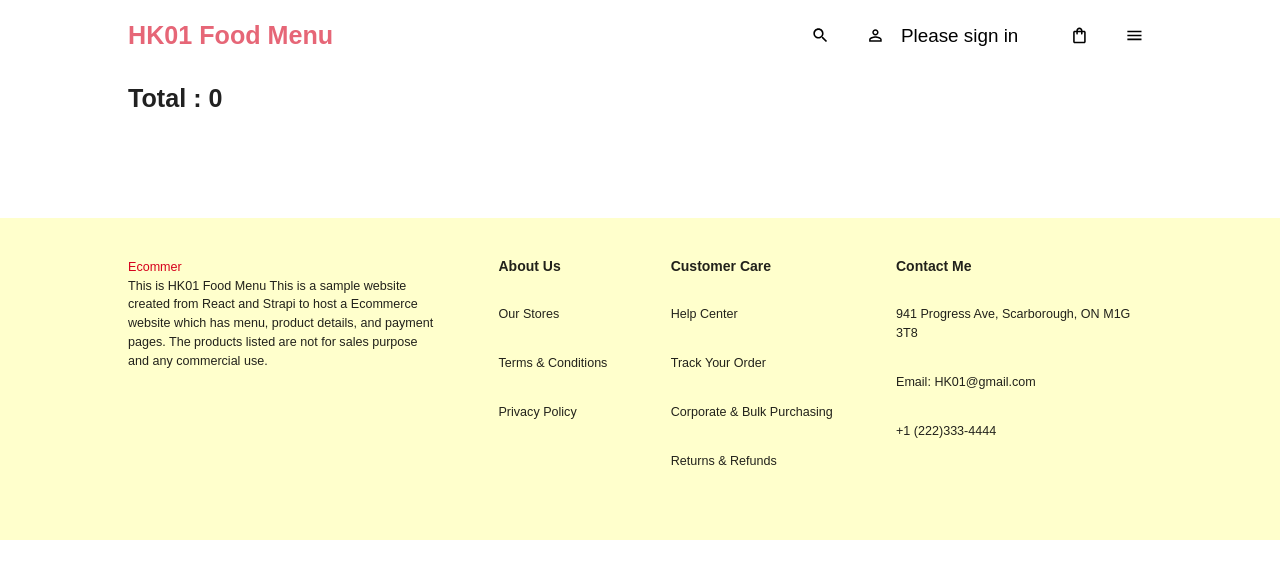
Repository: victorleung93/comp231-002-Team-1-_HK01_FoodMenu
Page: /order (app in client/)
The author's editor kept a copy of each file at every save. The page is drawn from the files as they stood at one save, then again after the next save.
The browser window is 1280 px wide. The pictures show the whole page.
Some web fonts or font styles are not loaded; a fallback is used. The project was rebuilt for these pictures with package versions that can differ from the ones it lists, and the page was loaded fresh each time. Also part of the build but not shown: client/src/scenes/home/MainCarousel.jsx, client/src/components/itemList.jsx, client/src/scenes/home/ShoppingList.jsx, client/src/scenes/home/Subscribe.jsx, client/src/scenes/home/Home.jsx, client/src/scenes/about/About.jsx, client/src/scenes/menu/Menu.jsx, client/src/scenes/itemdetail/ItemDetails.jsx and 2 more.

Above is the page before, as saved 2023-04-08 01:46:20.

### client/public/index.html
<!DOCTYPE html>
<html lang="en">
  <head>
    <meta charset="utf-8" />
    <link rel="icon" href="%PUBLIC_URL%/favicon.ico" />
    <meta name="viewport" content="width=device-width, initial-scale=1" />
    <meta name="theme-color" content="#000000" />
    <meta
      name="description"
      content="Web site created using create-react-app"
    />
    <link rel="apple-touch-icon" href="%PUBLIC_URL%/logo192.png" />
    <!--
      manifest.json provides metadata used when your web app is installed on a
      user's mobile device or desktop. See https://developers.google.com/web/fundamentals/web-app-manifest/
    -->
    <link rel="manifest" href="%PUBLIC_URL%/manifest.json" />
    <!--
      Notice the use of %PUBLIC_URL% in the tags above.
      It will be replaced with the URL of the `public` folder during the build.
      Only files inside the `public` folder can be referenced from the HTML.

      Unlike "/favicon.ico" or "favicon.ico", "%PUBLIC_URL%/favicon.ico" will
      work correctly both with client-side routing and a non-root public URL.
      Learn how to configure a non-root public URL by running `npm run build`.
    -->
    <title>HK01</title>
  </head>
  <body>
    <noscript>You need to enable JavaScript to run this app.</noscript>
    <div id="root"></div>
    <!--
      This HTML file is a template.
      If you open it directly in the browser, you will see an empty page.

      You can add webfonts, meta tags, or analytics to this file.
      The build step will place the bundled scripts into the <body> tag.

      To begin the development, run `npm start` or `yarn start`.
      To create a production bundle, use `npm run build` or `yarn build`.
    -->
  </body>
</html>

### client/src/index.js
import React from 'react';
import ReactDOM from 'react-dom/client';
import './index.css';
import App from './App';
import { ThemeProvider } from '@mui/material/styles';
import { CssBaseline } from '@mui/material';
import { theme } from './theme';
import { Provider } from 'react-redux';
import { configureStore } from '@reduxjs/toolkit';
import cartReducer from "./state";

const store = configureStore({
  reducer: {cart: cartReducer},
})

const root = ReactDOM.createRoot(document.getElementById('root'));
root.render(
  <React.StrictMode>
    <Provider store={store}>
      <ThemeProvider theme={theme}>
        <CssBaseline/>
        <App />
      </ThemeProvider>
    </Provider>
  </React.StrictMode>
);

### client/src/index.css
@import url('https://fonts.googleapis.com/css2?family=Fauna+One&display=swap');

*{
  box-sizing: border-box;
}

body {
  margin: 0;
  padding:0;
}

.App{
  margin: auto;
}
img{
  object-fit: cover  ;
  border-radius: 10px;
  position:static;
}

### client/src/scenes/global/Navbar.jsx

import { useDispatch, useSelector } from 'react-redux';
import { Badge, Box, IconButton} from '@mui/material';
import { PersonOutline, ShoppingBagOutlined, MenuOutlined, SearchOutlined } from '@mui/icons-material';
import { useNavigate,Link } from 'react-router-dom';
import { shades } from "../../theme";
import { setIsCartOpen } from '../../state';

/* Trial 1   */
import React, { useState } from 'react';
import * as FaIcons from 'react-icons/fa';
import * as AiIcons from 'react-icons/ai';

import { SidebarData } from './SidebarData';
import './Navbar.css';
import { IconContext } from 'react-icons';




const Navbar = () =>{
    const [sidebar, setSidebar] = useState(false);
    const [loggedIn, setLoggedIn] = useState(false);
    const showSidebar = () => setSidebar(!sidebar);

    const Navigate = useNavigate();
    const dispatch = useDispatch();
    const cart = useSelector((state) => state.cart.cart)


    function handleLogin() {
        setLoggedIn(true);
      }

      function handleLogout() {
        setLoggedIn(false);
      }

    return (

        <div className='Navbar'>
    <Box display="flex" alignItems="center" width="100%" height="70px" backgroundColor="rgba(255,255,255,0.9)" color="black" position="fixed" top="0" left="0" zIndex="1" margin="0 0 10px 0" >
        <Box width="80%" margin="auto" display="flex" justifyContent="space-between" alignItems="center">
            <Box
            onClick={() => Navigate("/")}
            sx={{'&:hover':{ cursor:"pointer"}}}
            color={shades.secondary[300]}>
                <h1>HK01 Food Menu</h1>
            </Box>
            <Box display="flex" justifyContent="space-between" columnGap="20px"zIndex={2}>
                <IconButton sx={{ color: "black", '&:hover':{ backgroundColor:"orange"}}} >
                    <SearchOutlined/>
                </IconButton>
                        <IconButton sx={{ color: "black", '&:hover': { backgroundColor: "orange" } }} onClick ={()=> Navigate(`/itemform/`) }>
                            <PersonOutline /> {loggedIn ? (
                                <span>Welcome, customer!</span>
                            ) : (
                                <span>Please sign in</span>
                            )}
                        </IconButton>
                <Badge badgeContent = {cart.length} color="secondary" invisible={cart.length ===0 } sx={{ "& .MuiBadge-badeg":{
                    right:5, top:5, padding: "0 4px", height:"14px", minWidth:"13px"
                }}}>
                    <IconButton sx={{ color: "black" , '&:hover':{ backgroundColor:"orange"}}} onClick ={()=> dispatch(setIsCartOpen({}))}>
                        <ShoppingBagOutlined/>
                    </IconButton>
                </Badge>
                <IconButton sx={{ color: "black", '&:hover':{ backgroundColor:"orange"}}} onClick={showSidebar}>
                    <MenuOutlined />
                    <nav className={sidebar ? 'nav-menu active' : 'nav-menu'}>
                        <ul className='nav-menu-items' onClick={showSidebar}>
                            <li className='navbar-toggle'>
                            <Link to='#' className='menu-bars'>
                                <AiIcons.AiOutlineClose />
                            </Link>
                            </li>
                            {SidebarData.map((item, index) => {
                            return (
                                <li key={index} className={item.cName}>
                                <Link to={item.path}>
                                    {item.icon}
                                    <span>{item.title}</span>
                                </Link>
                                </li>
                            );
                            })}
                        </ul>
                    </nav>
                </IconButton>

            </Box>
        </Box>
    </Box>
    </div>
    )
}

export default Navbar;

### client/src/scenes/order/order.jsx

import { useSelector } from "react-redux";
import { Box, Button, Stepper, Step, StepLabel } from "@mui/material";
import { Formik } from "formik";
import { useState } from "react";
import * as yup from "yup";
import { shades } from "../../theme";




const Order = () => {
  const [activeStep, setActiveStep] = useState(0);
  const cart = useSelector((state) => state.cart.cart);
  const isFirstStep = activeStep === 0;
  const isSecondStep = activeStep === 1;
  var [price, setPrice] = useState(0);

//   const handleFormSubmit = async (values, actions) => {
//     setActiveStep(activeStep + 1);

//     // this copies the billing address onto shipping address
//     if (isFirstStep && values.shippingAddress.isSameAddress) {
//       actions.setFieldValue("shippingAddress", {
//         ...values.billingAddress,
//         isSameAddress: true,
//       });
//     }

//     if (isSecondStep) {
//       makePayment(values);
//     }

//     actions.setTouched({});
//   };

//   async function makePayment(values) {
//     //const stripe = await stripePromise;
//     const requestBody = {
//       userName: [values.firstName, values.lastName].join(" "),
//       email: values.email,
//       products: cart.map(({ id, count }) => ({
//         id,
//         count,
//       })),
//     };

//     const response = await fetch("http://localhost:3000/api/orders", {
//       method: "POST",
//       headers: { "Content-Type": "application/json" },
//       body: JSON.stringify(requestBody),
//     });
//     const session = await response.json();
//     //await stripe.redirectToCheckout({sessionId: session.id,});
//   }

const  add =(a)=>{
  price=price+a;
  console.log(price);
}

const [display, setDisplay] = useState(null);

console.log(cart);
  return (
    <div className="App"  style={{width:"80%", margin:"80px auto"}}>

   {cart.map((el) => {
         add(el.price*el.count)
          return (
            <tr key={el._id}>
                   <td><img src={el.image} alt="" /></td>
                 <td>{el.name}</td>
            <td>{el.count}</td>
            <td>{el.price} CAD</td>
            <td>{el.count*el.price}</td>


            </tr>
          );


        })}
        <h1>Total : {price}</h1>
    </div>
    // <Box width="80%" m="100px auto">  <h1>Hi</h1></Box>

    )


//     <Box width="80%" m="100px auto">
//       <Stepper activeStep={activeStep} sx={{ m: "20px 0" }}>
//         <Step>
//           <StepLabel>Billing</StepLabel>
//         </Step>
//         <Step>
//           <StepLabel>Payment</StepLabel>
//         </Step>
//       </Stepper>
//       <Box>
//         <Formik
//           onSubmit={handleFormSubmit}
//           initialValues={initialValues}
//           validationSchema={checkoutSchema[activeStep]}
//         >
//           {({
//             values,
//             errors,
//             touched,
//             handleBlur,
//             handleChange,
//             handleSubmit,
//             setFieldValue,
//           }) => (
//             <form onSubmit={handleSubmit}>
//               {isFirstStep && (
//                 /*<Shipping
//                   values={values}
//                   errors={errors}
//                   touched={touched}
//                   handleBlur={handleBlur}
//                   handleChange={handleChange}
//                   setFieldValue={setFieldValue}
//                 />*/
//                 <>d</>
//               )}
//               {isSecondStep && (
//                 <>i</>
//                 /*<Payment
//                   values={values}
//                   errors={errors}
//                   touched={touched}
//                   handleBlur={handleBlur}
//                   handleChange={handleChange}
//                   setFieldValue={setFieldValue}
//                 />*/
//               )}
//               <Box display="flex" justifyContent="space-between" gap="50px">
//                 {!isFirstStep && (
//                   <Button
//                     fullWidth
//                     color="primary"
//                     variant="contained"
//                     sx={{
//                       backgroundColor: shades.primary[200],
//                       boxShadow: "none",
//                       color: "white",
//                       borderRadius: 0,
//                       padding: "15px 40px",
//                     }}
//                     onClick={() => setActiveStep(activeStep - 1)}
//                   >
//                     Back
//                   </Button>
//                 )}
//                 <Button
//                   fullWidth
//                   type="submit"
//                   color="primary"
//                   variant="contained"
//                   sx={{
//                     backgroundColor: shades.primary[400],
//                     boxShadow: "none",
//                     color: "white",
//                     borderRadius: 0,
//                     padding: "15px 40px",
//                   }}
//                 >
//                   {!isSecondStep ? "Next" : "Place Order"}
//                 </Button>
//               </Box>
//             </form>
//           )}
//         </Formik>
//       </Box>
//     </Box>
//   );
// };

// const initialValues = {
//   billingAddress: {
//     firstName: "",
//     lastName: "",
//     country: "",
//     street1: "",
//     street2: "",
//     city: "",
//     state: "",
//     zipCode: "",
//   },
//   shippingAddress: {
//     isSameAddress: true,
//     firstName: "",
//     lastName: "",
//     country: "",
//     street1: "",
//     street2: "",
//     city: "",
//     state: "",
//     zipCode: "",
//   },
//   email: "",
//   phoneNumber: "",
};

// const checkoutSchema = [
//   yup.object().shape({
//     billingAddress: yup.object().shape({
//       firstName: yup.string().required("required"),
//       lastName: yup.string().required("required"),
//       country: yup.string().required("required"),
//       street1: yup.string().required("required"),
//       street2: yup.string(),
//       city: yup.string().required("required"),
//       state: yup.string().required("required"),
//       zipCode: yup.string().required("required"),
//     }),
//     shippingAddress: yup.object().shape({
//       isSameAddress: yup.boolean(),
//       firstName: yup.string().when("isSameAddress", {
//         is: false,
//         then: yup.string().required("required"),
//       }),
//       lastName: yup.string().when("isSameAddress", {
//         is: false,
//         then: yup.string().required("required"),
//       }),
//       country: yup.string().when("isSameAddress", {
//         is: false,
//         then: yup.string().required("required"),
//       }),
//       street1: yup.string().when("isSameAddress", {
//         is: false,
//         then: yup.string().required("required"),
//       }),
//       street2: yup.string(),
//       city: yup.string().when("isSameAddress", {
//         is: false,
//         then: yup.string().required("required"),
//       }),
//       state: yup.string().when("isSameAddress", {
//         is: false,
//         then: yup.string().required("required"),
//       }),
//       zipCode: yup.string().when("isSameAddress", {
//         is: false,
//         then: yup.string().required("required"),
//       }),
//     }),
//   }),
//   yup.object().shape({
//     email: yup.string().required("required"),
//     phoneNumber: yup.string().required("required"),
//   }),
// ];


export default Order;

### client/src/scenes/global/CartMenu.jsx

import { Box, Button, Divider, IconButton, Typography} from "@mui/material";
import { useSelector, useDispatch } from 'react-redux';
import  CloseIcon  from '@mui/icons-material/Close';
import  RemoveIcon  from '@mui/icons-material/Remove';
import  AddIcon  from '@mui/icons-material/Add';
import styled from '@emotion/styled';
import { shades } from "../../theme";
import { decreaseCount, increaseCount, removeFromCart, setIsCartOpen } from "../../state";
import { useNavigate } from "react-router-dom";
import axios from "axios";
const urlForServer = "http://localhost:3200/";

const FlexBox = styled(Box)`
display:fles;
jsutify-content: space-between;
align-items:center
`

const CartMenu = ()=>{
    const navigate = useNavigate();
    const dispatch = useDispatch();
    const cart = useSelector((state)=> state.cart.cart);
    const isCartOpen = useSelector((state)=> state.cart.isCartOpen);


    const totalPrice = cart.reduce((total, item)=>{
        return total + item.count * item.price;
    }, 0 ).toFixed(2);

    return(
        <Box  //overlay
            display={isCartOpen ? "block": 'none'}
            backgroundColor="rgba(0,0,0,0.4)"
            position="fixed"
            zIndex={10}
            width="100%"
            height="100%"
            left="0"
            top="0"
            overflow="auto"
        >

        <Box
            position={"fixed"}
            right = "0"
            top = "0"
            backgroundColor= "white"
            width = "max(400px, 30%)"
            height = "75%"
        >
                <Box padding="30px" overflow="auto" height="100%">
                    {/*Header*/}
                    <FlexBox mb="15px">
                        <Typography variant="h3">Shopping Cart ({cart.length})</Typography>
                        <IconButton  onClick ={()=> dispatch(setIsCartOpen({}))}>
                            <CloseIcon sx={{fontSize:"2rem"}}/>
                        </IconButton>
                    </FlexBox>
                    {/*Cart List*/}
                    <Box>
                        {cart.map((item) => (

                            <Box key={`${item.name}-${item._id}`}>
                                <FlexBox p="15px 0">
                                    <Box flex = "1 1 40%">
                                        <img  width="100px" height="100px" src={item?.image} alt={item?.name} />
                                    </Box>
                                    <Box flex = "1 1 60%">
                                        <FlexBox mb="5px">
                                            <Typography fontWeight="bold">
                                                {item.name}
                                            </Typography>
                                            <IconButton onClick={()=> dispatch(removeFromCart({_id:item._id}))}>
                                                <CloseIcon/>
                                            </IconButton>
                                        </FlexBox>

                                        <Typography>
                                            {item.shortDescription}
                                        </Typography>
                                        {/*Amount*/}
                                        <FlexBox m="5px 0">
                                            <Box display="flex" alignItems="center" border={`1.5px solid ${shades.neutral[600]}`} m=" 0 10px">
                                                <IconButton onClick={()=> dispatch(decreaseCount({_id:item._id }))}>
                                                    <RemoveIcon/>
                                                </IconButton>
                                                <Typography>
                                                    {item.count}
                                                </Typography>
                                                <IconButton onClick={()=> dispatch(increaseCount({_id:item._id }))}>
                                                    <AddIcon/>
                                                </IconButton>
                                            </Box>
                                            {/*Price*/}
                                                <Typography marginLeft="20px" fontWeight="bold">
                                                    ${item?.price}
                                                </Typography>
                                        </FlexBox>

                                    </Box>
                                </FlexBox>
                                <Divider/>
                            </Box>
                        ))}
                    </Box>

                    {/* Actions */}
                    <Box m="20px 0">
                        <FlexBox m="20px 0">
                            <Typography fontWeight="bold"> Subtotal:</Typography>
                            <Typography fontWeight="bold" sx={{ml:"200px"}}  > ${totalPrice} </Typography>
                        </FlexBox>
                        <Button  sx={{
                            backgroundColor: shades.primary[400],
                            color: "white",
                            minWidth: "100px",
                            padding: "20px 40px",
                            m: "20px 0",
                            '&:hover':{ backgroundColor: shades.neutral[300], color:"black" }
                        }} onClick={() => {
                            navigate("/order");
                            dispatch(setIsCartOpen({}));
                        }}>Checkout</Button>
                    </Box>
                </Box>
            </Box>
        </Box>
    )
};


export default CartMenu;

### client/src/scenes/global/Footer.jsx
import { useTheme } from "@emotion/react";
import { shades } from "../../theme";
import { Box, Typography } from "@mui/material";
import './Footer.css'

const Footer = () =>{
    const {
        palette: { neutral },
      } = useTheme();

    return(
        <div className="footer">
        <Box  margin="100px 0 0 0 " padding="40px 0" backgroundColor= { neutral.light } >
            <Box width="80%" margin="auto" display="flex" justifyContent="space-between" flexwrap="wrap" rowGap="30px" columnGap="clamp(20px, 30px, 40px)">

                <Box width="clamp(20%, 30%, 40%)">
                    <Typography color={shades.secondary[500]}> Ecommer</Typography>
                    <Box>
                        This is HK01 Food Menu
                        This is a sample website created from React and Strapi to host a Ecommerce website which has menu, product details, and payment pages.
                        The products listed are not for sales purpose and any commercial use.
                    </Box>
                </Box>

                <Box>
                    <Typography variant="h4" fontWeight="bold" mb="30px">
                        About Us
                    </Typography>

                    <Typography mb="30px">Our Stores</Typography>
                    <Typography mb="30px">Terms & Conditions</Typography>
                    <Typography mb="30px">Privacy Policy</Typography>
                </Box>

                <Box>
                    <Typography variant="h4" fontWeight="bold" mb="30px">
                        Customer Care
                    </Typography>
                    <Typography mb="30px">Help Center</Typography>
                    <Typography mb="30px">Track Your Order</Typography>
                    <Typography mb="30px">Corporate & Bulk Purchasing</Typography>
                    <Typography mb="30px">Returns & Refunds</Typography>
                </Box>

                <Box width="clamp(20%, 25%, 30%)">
                    <Typography variant="h4" fontWeight="bold" mb="30px">
                        Contact Me
                    </Typography>
                    <Typography mb="30px">
                    941 Progress Ave, Scarborough, ON M1G 3T8
                    </Typography>
                    <Typography mb="30px" sx={{ wordWrap: "break-word" }}>
                        Email: HK01@gmail.com
                    </Typography>
                    <Typography mb="30px">+1 (222)333-4444</Typography>
                </Box>

            </Box>
        </Box>
        </div>
    )
};

export default Footer;

### client/src/scenes/global/SidebarData.jsx
import React from 'react';
import * as FaIcons from 'react-icons/fa';
import * as AiIcons from 'react-icons/ai';
import * as IoIcons from 'react-icons/io';
import * as MdIcons from 'react-icons/md';

export const SidebarData = [
  {
    title: 'Home',
    path: '/',
    icon: <AiIcons.AiFillHome />,
    cName: 'nav-text'
  },
  {
    title: 'About',
    path: '/about',
    icon: <IoIcons.IoIosPaper />,
    cName: 'nav-text'
  },
  {
    title: 'Menu',
    path: '/menu',
    icon: <MdIcons.MdMenuBook />,
    cName: 'nav-text'
  },
  {
    title: 'Manage Item',
    path: '/itemform',
    icon: <MdIcons.MdMenuBook />,
    cName: 'nav-text'
  },
  {
    title: 'Order',
    path: '/order',
    icon: <IoIcons.IoMdRestaurant />,
    cName: 'nav-text'
  }
];

### client/src/scenes/global/Navbar.css
.Navbar{
  position:absolute;
  top: 0%;
  left: 0%;
  right: 0%;
}

.navbar {
    background-color: #060b26;
    height: 80px;
    display: flex;
    justify-content: start;
    align-items: center;
  }

  .menu-bars {
    margin-left: 2rem;
    font-size: 2rem;
    background: none;
  }

  .nav-menu {
    background-color: #060b26;
    width: 250px;
    height: 100vh;
    display: flex;
    justify-content: center;
    position: fixed;
    top: 0;
    left:auto;
    right: -100%;
    transition: 850ms;
    z-index: 10;
  }

  .nav-menu.active {
    right: 0;
    transition: 350ms;
    z-index: 20;
  }

  .nav-text {
    display: flex;
    justify-content: start;
    align-items: center;
    padding: 8px 0px 8px 16px;
    list-style: none;
    height: 60px;
  }

  .nav-text a {
    text-decoration: none;
    color: #f5f5f5;
    font-size: 18px;
    width: 95%;
    height: 100%;
    display: flex;
    align-items: center;
    padding: 0 16px;
    border-radius: 4px;
  }

  .nav-text a:hover {
    background-color: #1a83ff;
  }

  .nav-menu-items {
    width: 100%;
  }

  .navbar-toggle {
    background-color: #060b26;
    width: 100%;
    height: 80px;
    display: flex;
    justify-content: start;
    align-items: center;
  }

  span {
    margin-left: 16px;
  }

### client/src/scenes/global/Footer.css
.footer{

}

Loaded but not shown: client/src/theme.js (75 lines, source omitted); client/src/state/index.js (68 lines, source omitted); client/src/App.js (52 lines, source omitted)

After the next save:
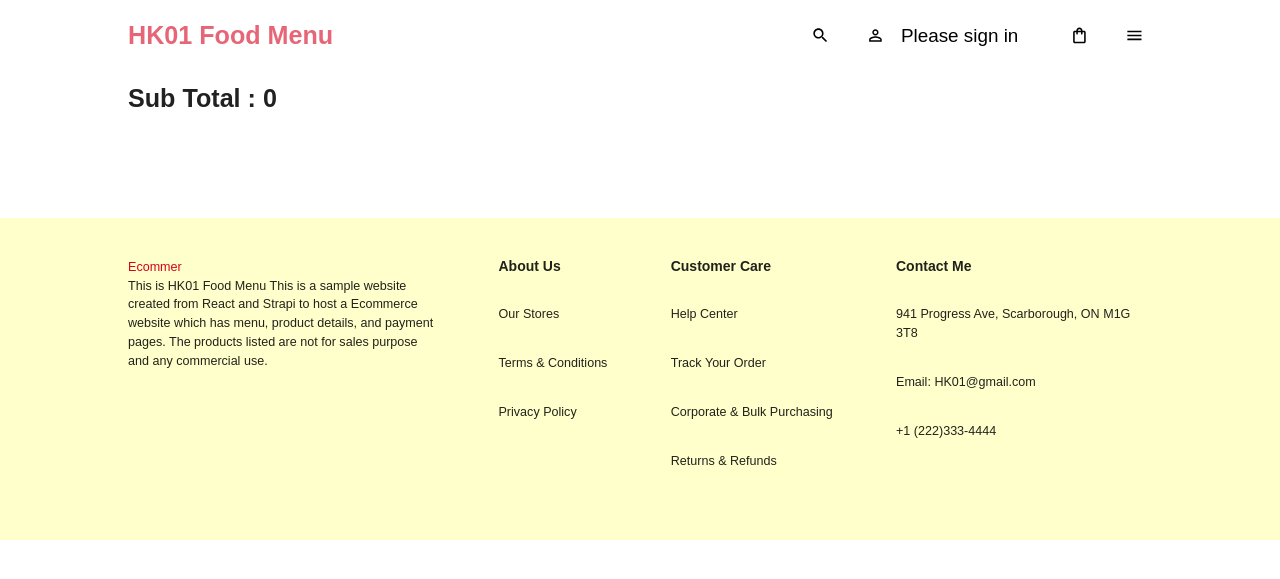
Saved 35 s later.
--- a/client/src/scenes/order/order.jsx
+++ b/client/src/scenes/order/order.jsx
@@ -81,7 +81,7 @@ console.log(cart);
 
 
         })}
-        <h1>Total : {price}</h1>
+        <h1>Sub Total : {price}</h1>
     </div>
     // <Box width="80%" m="100px auto">  <h1>Hi</h1></Box>
 
